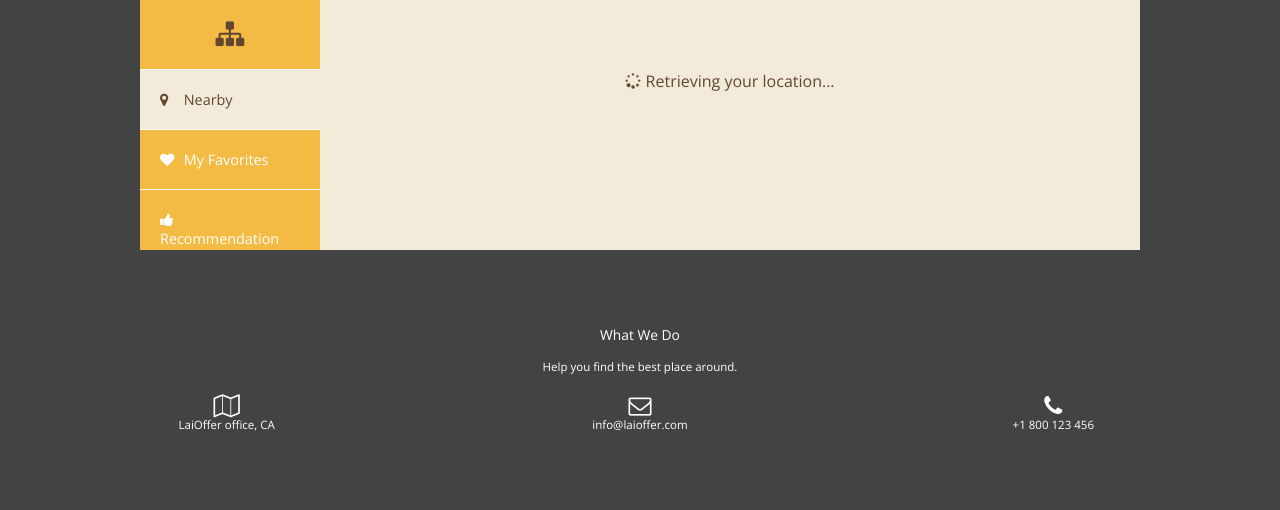
Repository: cleozhang77/ActivityRecommendation
Page: http://localhost/Titan/
These files come from the project's save history. The page is drawn as it stood at one moment and after the next save; the edit follows.
The browser window is 1280 px wide. The pictures show the part of the page from y = 310 to 820 px (the page is 820 px tall).
Pictures or frames that could not be fetched are drawn as grey boxes. Some web libraries are served in a nearby version. The page is served by Tomcat 9.

Above is the page before, as saved 2017-10-22 23:08:12.

After the next save:
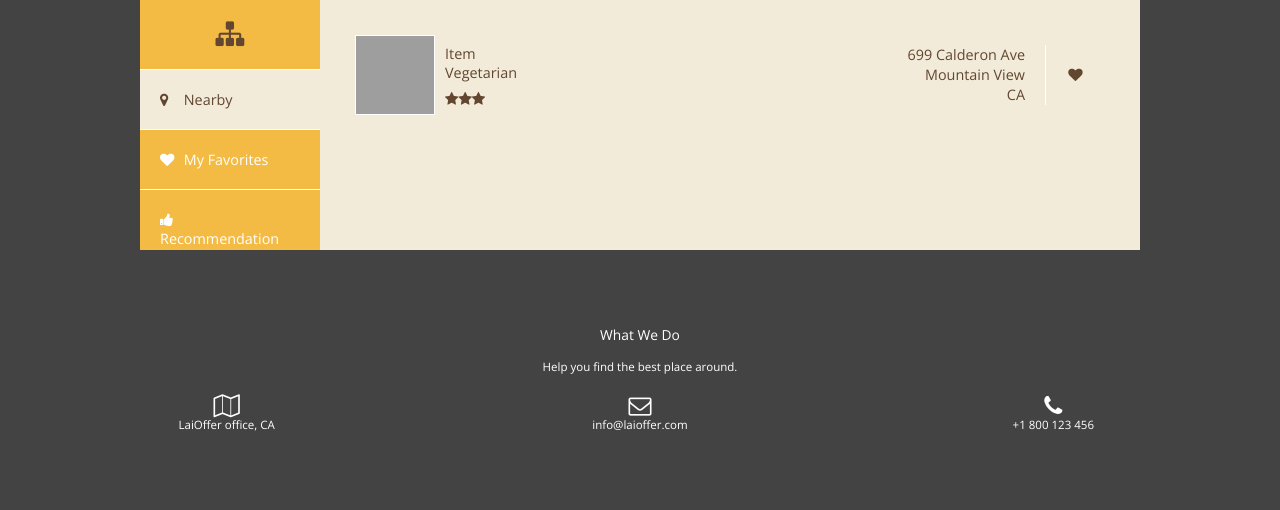
Console error: SyntaxError: Unexpected token ')'
Saved 84 s later.
--- a/Titan/WebContent/scripts/main.js
+++ b/Titan/WebContent/scripts/main.js
@@ -131,9 +131,10 @@
 			className : 'item-address'
 		});
 
-		var addressHTML = item.address + "<br/>" + item.city
+		/*var addressHTML = item.address + "<br/>" + item.city
 		address.innerHTML = address.HTML;
-		//address.innerHTML = item.address.replace(/,/g, '<br/>').replace(/\"/g,'');
+		/*
+		address.innerHTML = item.address.replace(/,/g, '<br/>').replace(/\"/g,'');
 		li.appendChild(address);
 
 		// favorite link

After the save that followed:
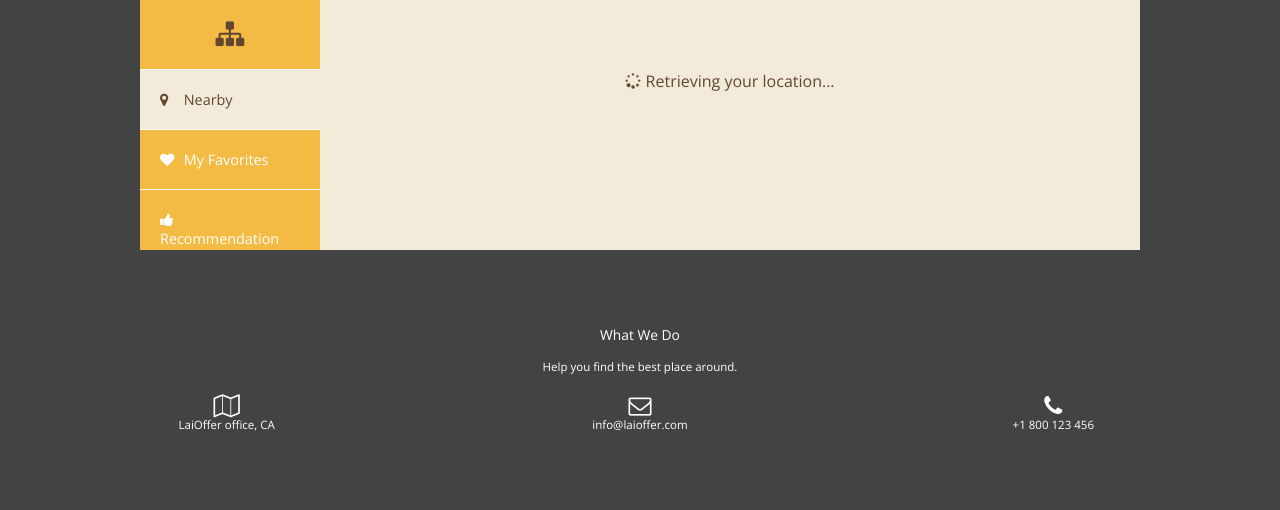
The error is gone.
Saved 9 s later.
--- a/Titan/WebContent/scripts/main.js
+++ b/Titan/WebContent/scripts/main.js
@@ -133,7 +133,7 @@
 
 		/*var addressHTML = item.address + "<br/>" + item.city
 		address.innerHTML = address.HTML;
-		/*
+		*/
 		address.innerHTML = item.address.replace(/,/g, '<br/>').replace(/\"/g,'');
 		li.appendChild(address);
 
